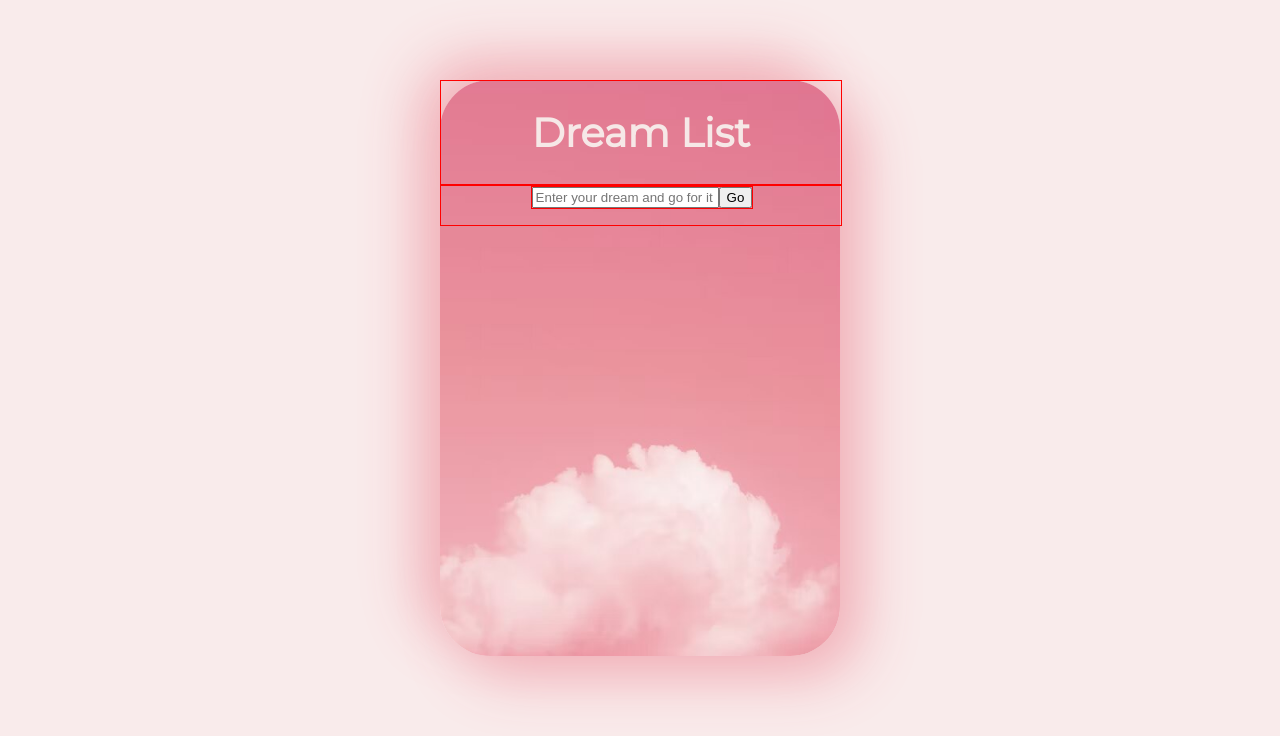
Repository: asya-aisa/grocery-list
Page: /
These files come from the project's save history. The page is drawn as it stood at one moment and after a run of saves; the edit follows.
The browser window is 1280 px wide. The pictures show the whole page.
The project was rebuilt for these pictures with package versions that can differ from the ones it lists, and the page was loaded fresh each time.

Above is the page before, as saved 2023-07-14 16:13:04.

### public/index.html
<!DOCTYPE html>
<html lang="en">
  <head>
    <meta charset="utf-8" />
    <link rel="icon" href="%PUBLIC_URL%/favicon.ico" />
    <meta name="viewport" content="width=device-width, initial-scale=1" />
    <meta name="theme-color" content="#000000" />
    <meta
      name="description"
      content="Web site created using create-react-app"
    />
    <link rel="apple-touch-icon" href="%PUBLIC_URL%/logo192.png" />
    <!--
      manifest.json provides metadata used when your web app is installed on a
      user's mobile device or desktop. See https://developers.google.com/web/fundamentals/web-app-manifest/
    -->
    <link rel="manifest" href="%PUBLIC_URL%/manifest.json" />
    <link rel="preconnect" href="https://fonts.googleapis.com">
    <link rel="preconnect" href="https://fonts.gstatic.com" crossorigin>
    <link href="https://fonts.googleapis.com/css2?family=Montserrat:ital@0;1&display=swap" rel="stylesheet">
    <!--
      Notice the use of %PUBLIC_URL% in the tags above.
      It will be replaced with the URL of the `public` folder during the build.
      Only files inside the `public` folder can be referenced from the HTML.

      Unlike "/favicon.ico" or "favicon.ico", "%PUBLIC_URL%/favicon.ico" will
      work correctly both with client-side routing and a non-root public URL.
      Learn how to configure a non-root public URL by running `npm run build`.
    -->
    <title>React App</title>
  </head>
  <body>
    <noscript>You need to enable JavaScript to run this app.</noscript>
    <div id="root"></div>
    <!--
      This HTML file is a template.
      If you open it directly in the browser, you will see an empty page.

      You can add webfonts, meta tags, or analytics to this file.
      The build step will place the bundled scripts into the <body> tag.

      To begin the development, run `npm start` or `yarn start`.
      To create a production bundle, use `npm run build` or `yarn build`.
    -->
  </body>
</html>

### src/App.js

import './App.css';
import { DreamList } from './DreamList';

function App() {
  return (
    <div className="App">
      <div className='container'>
        <h1>Dream List</h1>
      </div>
      <div className='container'>
      <DreamList />
      </div>

    </div>
  );
}

export default App;

### src/App.css
.App {
  background-image: url(fon-img.jpg);
  background-position: center;
  background-size: cover;
  background-repeat: no-repeat;
  width: 400px;
  min-height: 80vh;
  margin: 80px auto;
  border-radius: 50px;
  box-shadow:  20px 20px 60px #f1b0b8,
             -20px -20px 60px #f1b0b8;
}
body {
  background-color: #f9ebeb;
}
.container {
  display: flex;
  justify-content: center;
}
h1 {
  color:#f6e8e7;
  font-size: 40px;
  font-family: 'Montserrat', sans-serif;
}

input {
  flex: 1;
}
.container {
  border:  red 1px solid;
  width: 100%;
}

### src/DreamList.js
import { Component } from "react";

export class DreamList extends Component {

    state = {
        inputDream: '',
        dreamList: []
    }

    upDateInput(e) {
        this.setState({
            inputDream: e
        })
    }
    AddDream(input) {
        let dreamArray = this.state.dreamList;
        dreamArray.push(input);
        this.setState({dreamList: dreamArray, inputDream: ''})
    }

    DeleteItem(number) {
        let dreamArray = this.state.dreamList;
        dreamArray.splice(number,1);
        this.setState({dreamList: dreamArray})
    }





    render() {
        return <div>
            <div className="container">
              <input type="text" placeholder="Enter your dream and go for it"
              onChange={(e) => {this.upDateInput(e.target.value)}}
              value={this.state.inputDream}/>

              <button onClick={() => this.AddDream(this.state.inputDream)}>Go</button>
            </div>


            <ul>
                {this.state.dreamList.map((item, index) => (
                    <li key={index}>
                        {item}
                        <button>Done</button>
                        <button onClick={() => this.DeleteItem(index)}>Delete</button>
                    </li>
                ))}
            </ul>
        </div>
    }
}

Loaded but not shown: src/index.js (common file); src/reportWebVitals.js (common file)

After the next 2 saves:
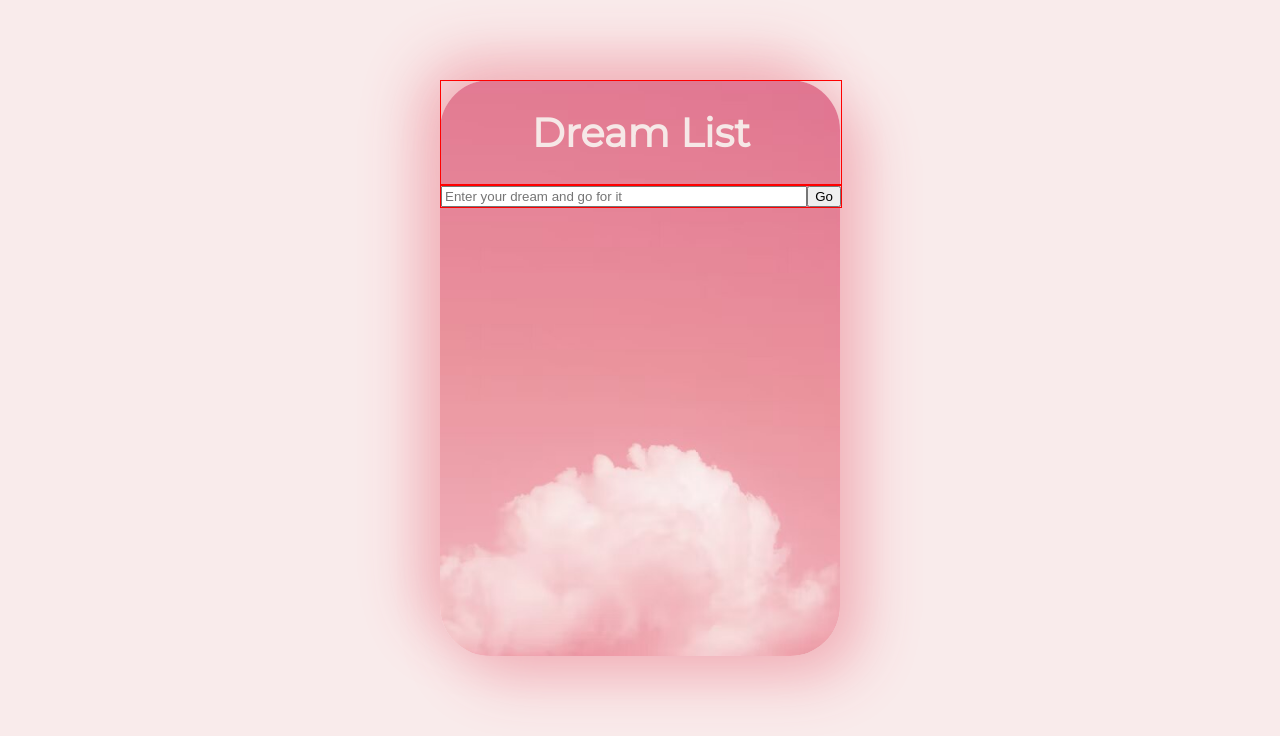
The 2 saves are shown as one change because they came seconds apart.
The last was saved 28 s later.
--- a/src/App.js
+++ b/src/App.js
@@ -8,10 +8,7 @@ function App() {
       <div className='container'>
         <h1>Dream List</h1>
       </div>
-      <div className='container'>
       <DreamList />
-      </div>
-
     </div>
   );
 }
